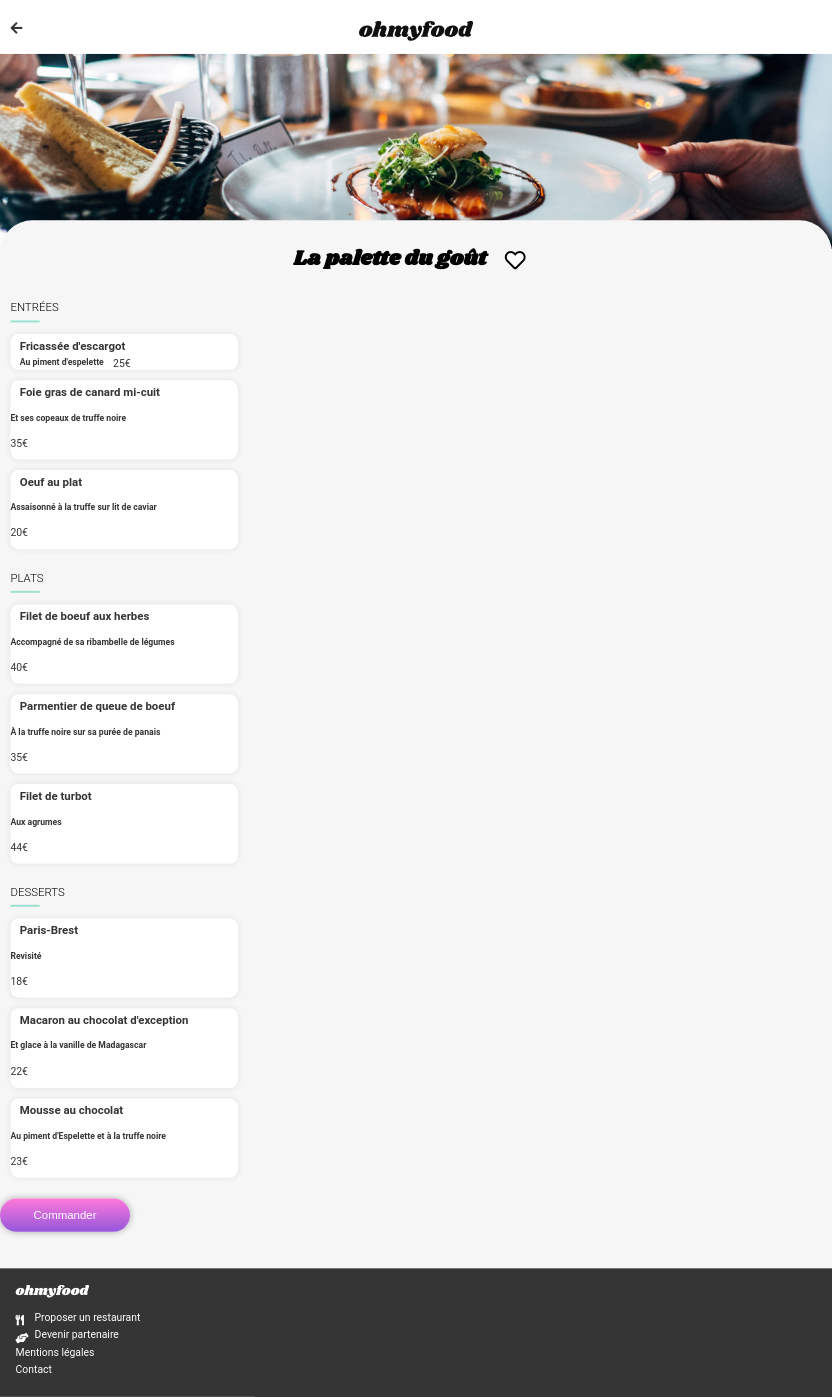
Repository: AlexisTisserand/AlexisTisserand_3_24112020
Page: menu-la-palette-du-gout.html
An editor plug-in stored every save of this project. The page is shown before and after the next save, followed by the edit.
The browser window is 1280 px wide. The pictures show the whole page, at 65% of full size.
Some web libraries are served in a nearby version. The style sheet was rebuilt from its Sass, Less or Tailwind sources for each picture, by a compiler version that may differ from the author's.

Above is the page before, as saved 2020-12-02 17:49:26.

After the next save:
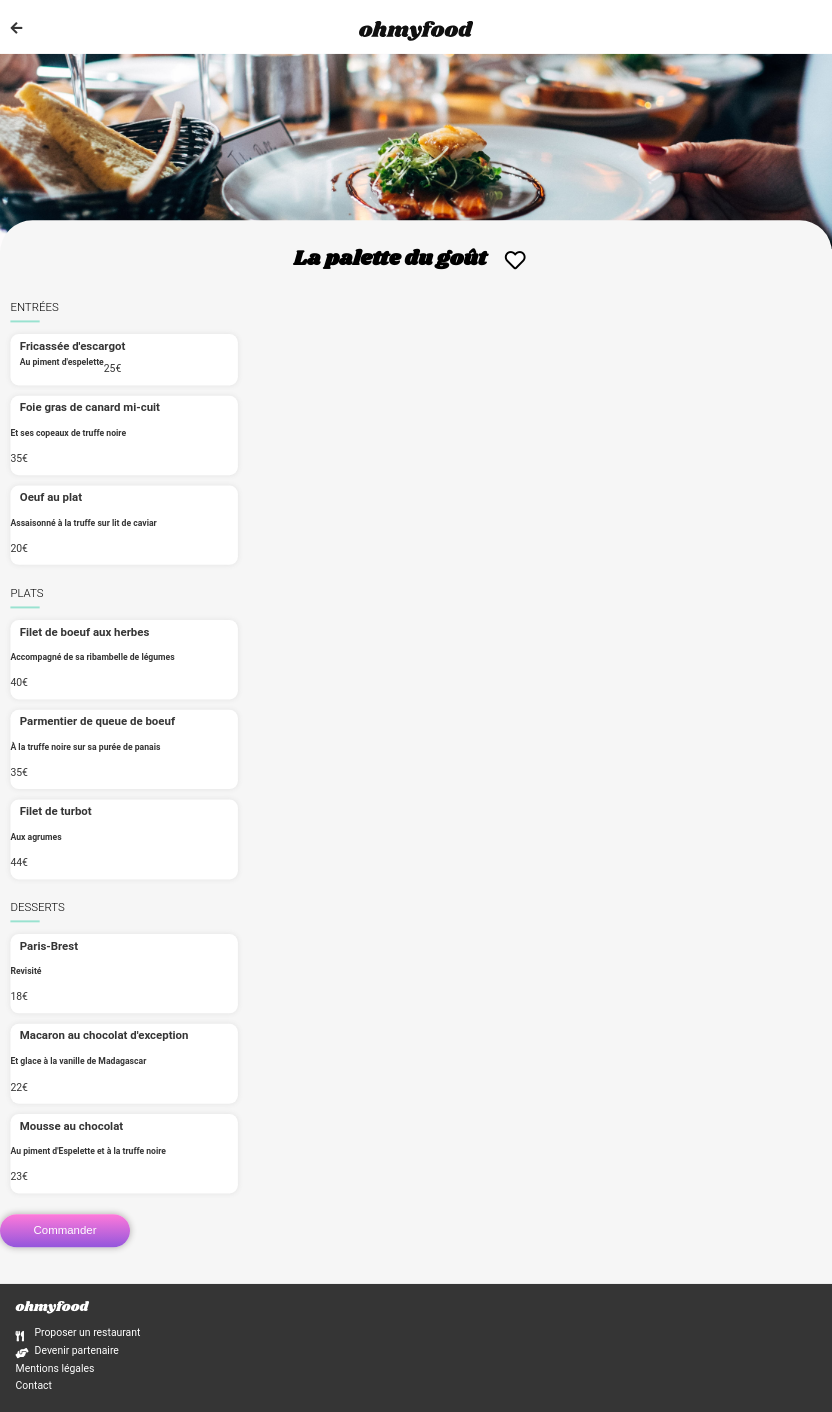
Saved 23 s later.
--- a/sass/style.scss
+++ b/sass/style.scss
@@ -449,7 +449,7 @@ header{
         &--accompagnements{
             display: flex;
             flex-direction: row;
-            h5, p{
+            h5{
                 @extend .margin-plats;
             }
         }
